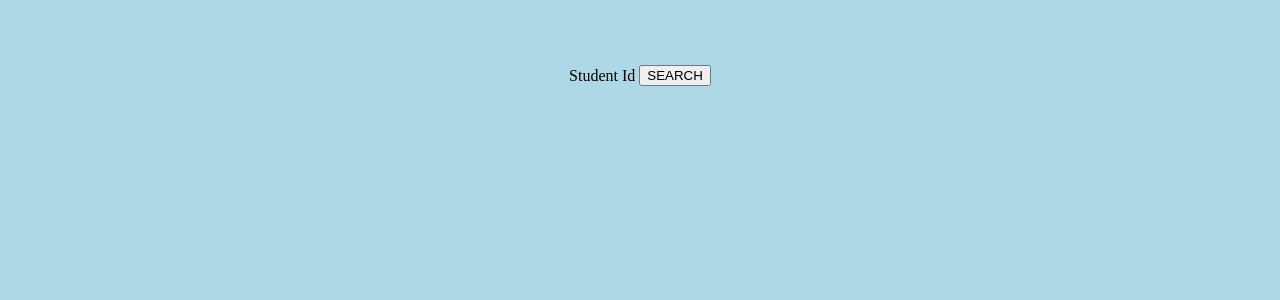
Repository: Shiv-Super-Hero/Spring
Page: DAO-JDBC/app01/src/main/webapp/searchform.html
The author's editor kept a copy of each file at every save. The page is drawn from the files as they stood at one save, then again after the next save.
The browser window is 1280 px wide. The pictures show the whole page.

Above is the page before, as saved 2024-10-04 11:05:41.

### DAO-JDBC/app01/src/main/webapp/searchform.html
<!DOCTYPE html PUBLIC "-//W3C//DTD HTML 4.01 Strict//EN" "http://www.w3.org/TR/html4/strict.dtd">
<html>
<head>
<meta http-equiv="Content-Type" content="text/html; charset=UTF-8">
<title>Insert title here</title>
</head>
<body bgcolor="lightblue">
<form action="search.do" method="post">
<br><br><br>
<center>
<table>
<tr>
	<td>Student Id</td>
	<td><input type="submit" value="SEARCH"/></td>
</tr>
</table>
</center>
</form>
</body>
</html>

After the next save:
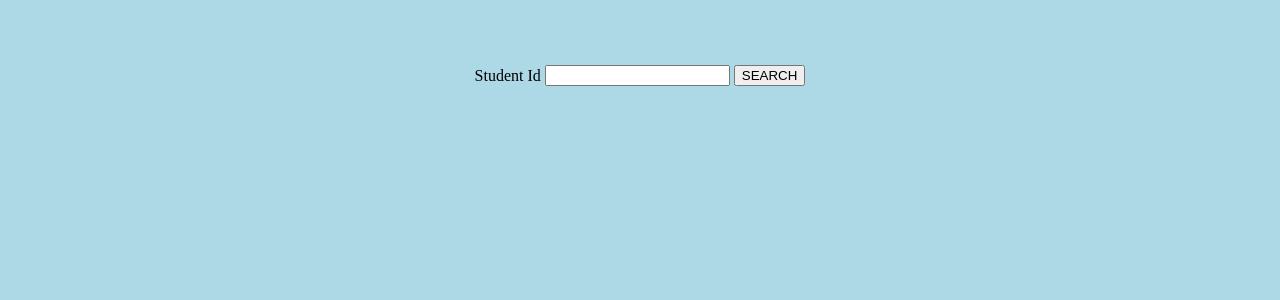
Saved 2 min 30 s later.
--- a/DAO-JDBC/app01/src/main/webapp/searchform.html
+++ b/DAO-JDBC/app01/src/main/webapp/searchform.html
@@ -11,6 +11,7 @@
 <table>
 <tr>
 	<td>Student Id</td>
+	<td><input type="text" name="sid"/></td>
 	<td><input type="submit" value="SEARCH"/></td>
 </tr>
 </table>
